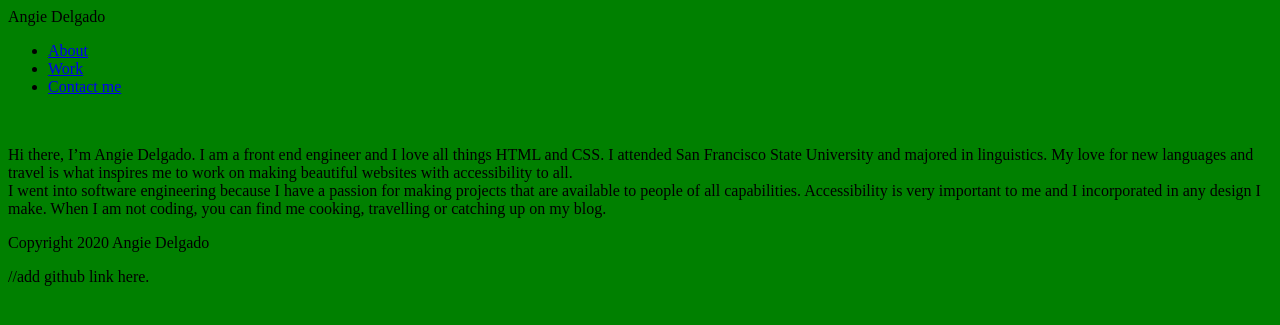
Repository: seleniadelgado/meda-spring2020-angie
Page: projects/portfolio/index.html
An editor plug-in stored every save of this project. The page is shown before and after the next save, followed by the edit.
The browser window is 1280 px wide. The pictures show the whole page.

Above is the page before, as saved 2020-03-01 17:28:30.

### projects/portfolio/index.html
<!DOCTYPE html>
 <html lang="en">
    <head>
        <meta charset="utf-8">
        <meta http-equiv="X-UA-Compatible" content="IE=edge">
        <title>Angie Delgado</title>
        <meta name="description" content="">
        <meta name="viewport" content="width=device-width, initial-scale=1">
        <link rel="stylesheet" href="styles.css">
    </head>
    <body>
        <section class="navBar">
            <nav>
                <div class="myName">Angie Delgado</div>
                <div>
                    <ul class="menu">
                        <li><a href="#">About</a></li>
                        <li><a href="#">Work</a></li>
                        <li><a href="#">Contact me</a></li>
                    </ul>
                </div>
            </nav>
        </section>
        <section class="custom">
            <div>
                <img src="#" alt="" height="" width="">
                <p id="aboutMeParagraph">
                    Hi there, I’m Angie Delgado. I am a front end engineer and I love all things HTML and CSS. I attended San Francisco State University and majored in linguistics. My love for new languages and travel is what inspires me to work on making beautiful websites with accessibility to all.
                    <br>
                    I went into software engineering because I have a passion for making projects that are available to people of all capabilities. Accessibility is very important to me and I incorporated in any design I make. When I am not coding, you can find me cooking, travelling or catching up on my blog.
                </p>
            </div>
            <footer>
                <div><p>Copyright 2020 Angie Delgado</p></div>
                <div>
                    //add github link here.
                </div>
            </footer>
        </section>
    </body>
</html>

### projects/portfolio/styles.css
.navBar .myName .menu {
    list-style-type: none;
    margin: 0;
    padding: 0;
    display: inline;
}
body {
    background-color: green;
}

After the next save:
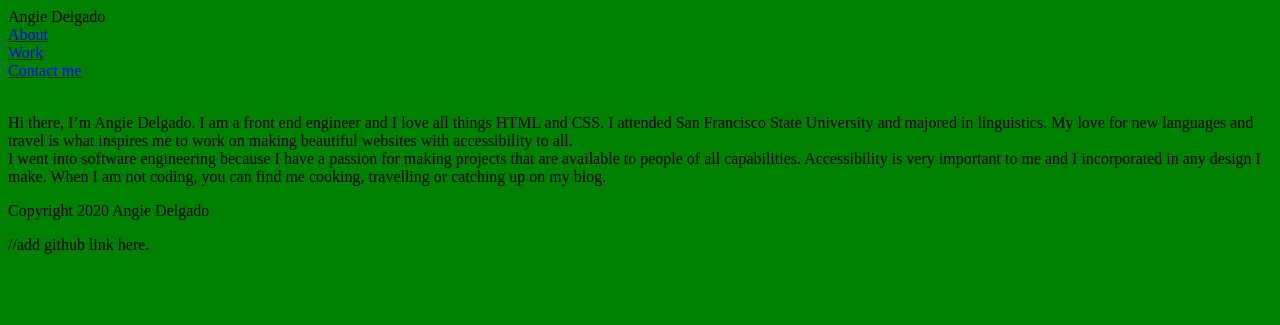
Saved 8 s later.
--- a/projects/portfolio/styles.css
+++ b/projects/portfolio/styles.css
@@ -1,4 +1,4 @@
-.navBar .myName .menu {
+.navBar .menu {
     list-style-type: none;
     margin: 0;
     padding: 0;

After the save that followed:
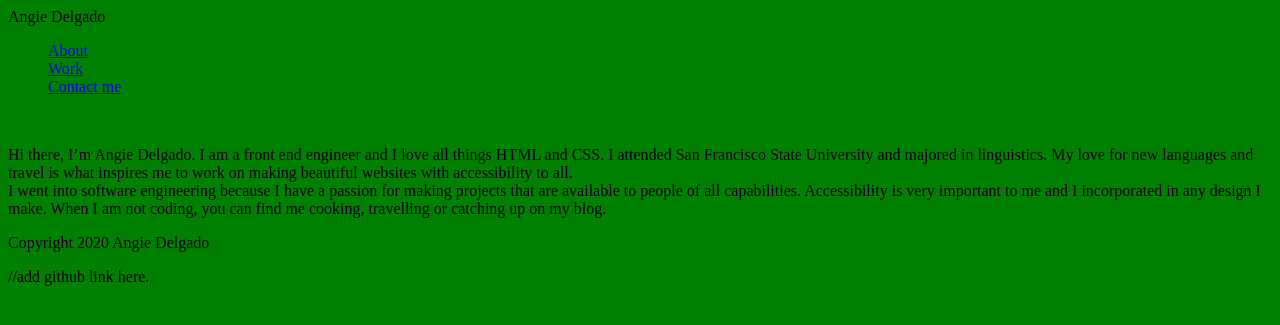
Saved 10 s later.
--- a/projects/portfolio/styles.css
+++ b/projects/portfolio/styles.css
@@ -1,8 +1,6 @@
 .navBar .menu {
     list-style-type: none;
-    margin: 0;
-    padding: 0;
-    display: inline;
+
 }
 body {
     background-color: green;
